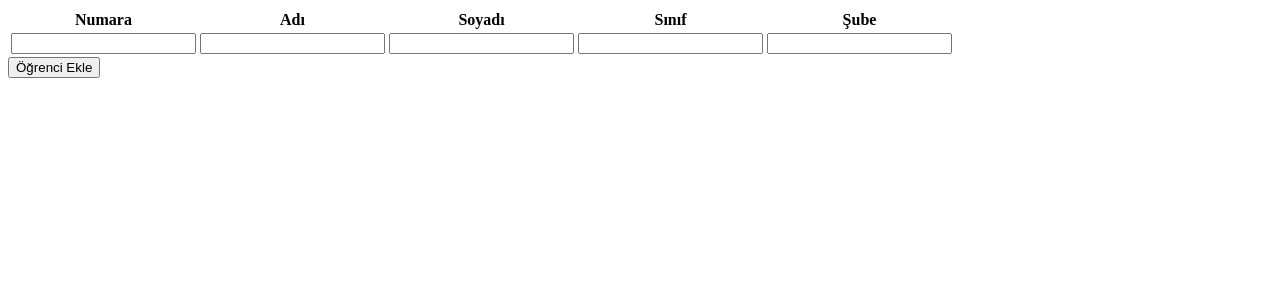
Repository: golkemeren/IleriJava101Java201Java301
Page: http://localhost/Displatcher_10/OgrenciEkle.jsp
The author's editor kept a copy of each file at every save. The page is drawn from the files as they stood at one save, then again after the next save.
The browser window is 1280 px wide. The pictures show the whole page.
The page is served by Tomcat 10. Other server files are loaded and not shown.

Above is the page before, as saved 2023-03-23 14:59:57.

### Displatcher_10/src/main/webapp/OgrenciEkle.jsp
<%@ page language="java" contentType="text/html; charset=UTF-8"
    pageEncoding="UTF-8"%>
<!DOCTYPE html>
<html>
<head>
<meta charset="UTF-8">
<title>Insert title here</title>
</head>
<body>

<form action="ogrenciEkle">
<table>
<tr>
<th>Numara</th>
<th>Adı</th>
<th>Soyadı</th>
<th>Sınıf</th>
<th>Şube</th>
</tr>

<tr>
<td><input type = "text" name = "no" > </td>
<td><input type = "text" name = " ad "></td>
<td><input type = "text" name= "soyad"></td>
<td><input type = "text" name ="sinif"> </td>
<td> <input type = 	"text" name = "sube"></td>
</tr>
</table>

<input type = "submit" value = "Öğrenci Ekle">

</form>
</body>
</html>

After the next save:
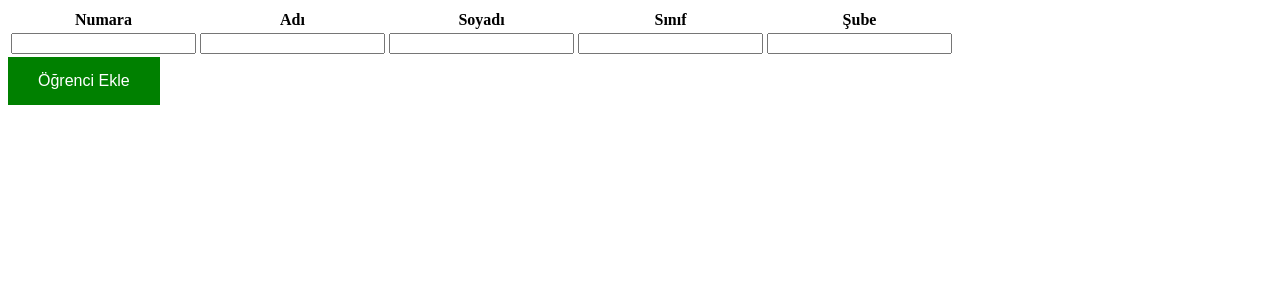
Saved 14 min 26 s later.
--- a/Displatcher_10/src/main/webapp/OgrenciEkle.jsp
+++ b/Displatcher_10/src/main/webapp/OgrenciEkle.jsp
@@ -4,7 +4,19 @@
 <html>
 <head>
 <meta charset="UTF-8">
-<title>Insert title here</title>
+<title>Öğrenci Ekle</title>
+
+
+<style >.button{
+
+background-color:green;
+border : none ;
+color :white;
+padding : 15px 30px ;
+text-align:center ;
+text-decoration:none ;
+font-size:16px;
+} </style>
 </head>
 <body>
 
@@ -27,7 +39,7 @@
 </tr>
 </table>
 
-<input type = "submit" value = "Öğrenci Ekle">
+<input type = "submit" class = "button" value="Öğrenci Ekle">
 
 </form>
 </body>
